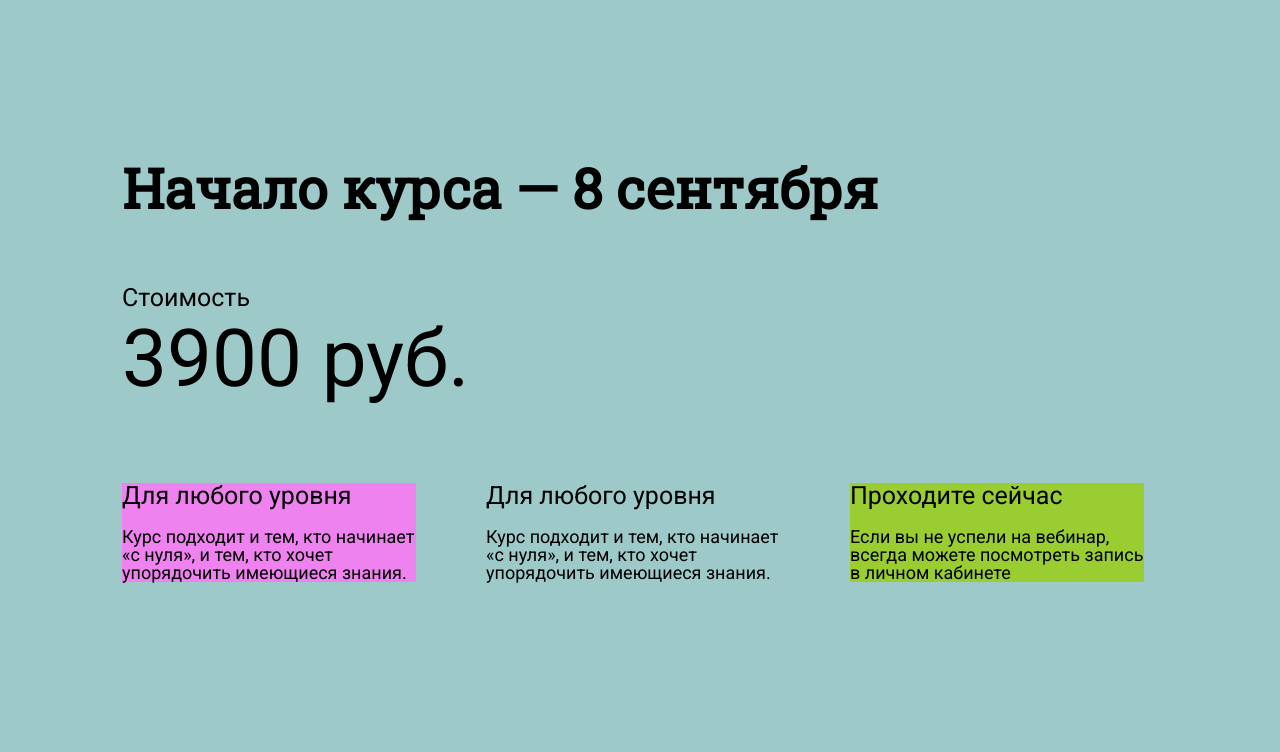
Repository: NatiqSamiyev/fiqma-task3
Page: index.html
The author's editor kept a copy of each file at every save. The page is drawn from the files as they stood at one save, then again after the next save.
The browser window is 1280 px wide. The pictures show the whole page.

Above is the page before, as saved 2023-08-09 13:31:37.

### index.html
<!DOCTYPE html>
<html lang="en">
  <head>
    <meta charset="UTF-8" />
    <meta name="viewport" content="width=device-width, initial-scale=1.0" />
    <link rel="stylesheet" href="index.css" />
    <title>Document</title>
  </head>
  <body>
    <div class="container">
      <h1>Начало курса — 8 сентября</h1>
      <h2>Стоимость</h2>
      <h3>3900 руб.</h3>
      <ul>
        <li>
          <h4>Для любого уровня</h4>
          <p>
            Курс подходит и тем, кто начинает «с нуля», и тем, кто хочет
            упорядочить имеющиеся знания.
          </p>
        </li>
        <li>
          <h4>Для любого уровня</h4>
          <p>
            Курс подходит и тем, кто начинает «с нуля», и тем, кто хочет
            упорядочить имеющиеся знания.
          </p>
        </li>

        <li >
          <h4>Проходите сейчас</h4>
          <p>
            Если вы не успели на вебинар, всегда можете посмотреть запись в
            личном кабинете
          </p>
        </li>
      </ul>

    </div>
  </body>
</html>

### index.css
@import url("https://fonts.googleapis.com/css2?family=Roboto+Slab&family=Roboto:wght@400;700&display=swap");
* {
  margin: 0;
  padding: 0;
  box-sizing: border-box;
}

.container {
  width: 100%;
  min-height: 100vh;
  padding: 160px 0 170px 122px;
  background: #9dc9c8;
}

.container h1 {
  margin-bottom: 69px;
  color: #000;
  font-family: Roboto Slab;
  font-size: 55px;
  font-style: normal;
  font-weight: 700;
  line-height: 101.385%;
}

.container h2 {
  margin-bottom: 9px;
  color: #000;
  font-family: Roboto;
  font-size: 25px;
  font-style: normal;
  font-weight: 400;
  line-height: 101.385%;
}

.container h3 {
  color: #000;
  font-family: Roboto;
  font-size: 80px;
  font-style: normal;
  font-weight: 400;
  line-height: 101.385%;
}

.container ul {
  margin-top: 83px;
  display: flex;
}

.container ul li {
  list-style-type: none;
  margin-right: 70px;
  width: 294px;
}

.container h4 {
  margin-bottom: 20px;
  color: #000;
  font-family: Roboto;
  font-size: 25px;
  font-style: normal;
  font-weight: 400;
  line-height: 101.385%;
}

.container p {
  color: #000;
  font-family: Roboto;
  font-size: 18px;
  font-style: normal;
  font-weight: 400;
  line-height: 101.385%;
}
li:last-child{
  background-color: yellowgreen;
}
li:first-child{
  background-color: violet;
}
li:nth-child(2){
background-color: ;
}

After the next save:
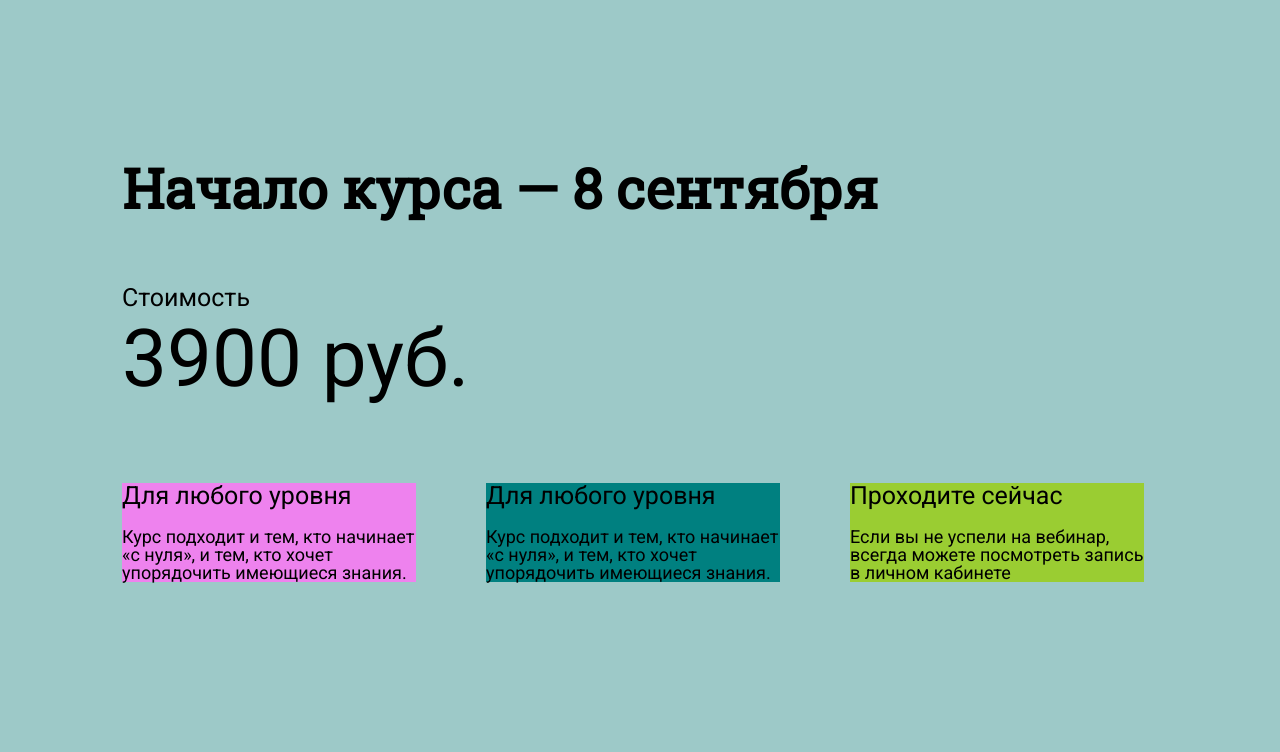
Saved 5 s later.
--- a/index.css
+++ b/index.css
@@ -77,5 +77,5 @@ li:first-child{
   background-color: violet;
 }
 li:nth-child(2){
-background-color: ;
+background-color: teal;
 }
